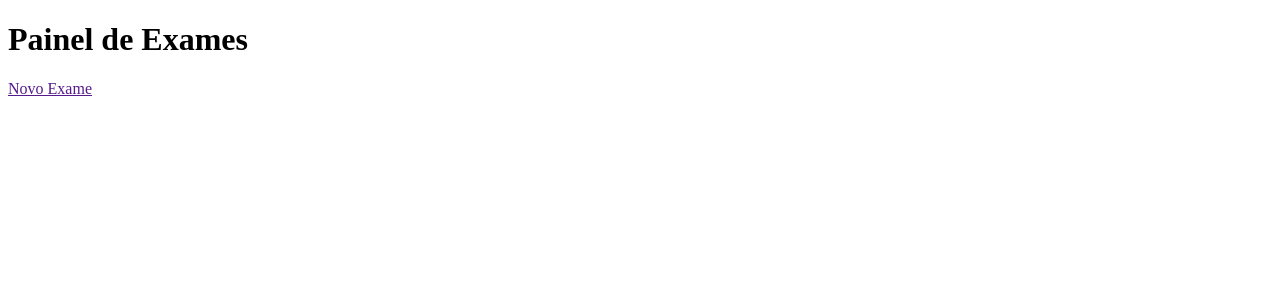
Repository: consultorgomes/exameSocTest
Page: http://localhost/exames/exames.jsp
These files come from the project's save history. The page is drawn as it stood at one moment and after the next save; the edit follows.
The browser window is 1280 px wide. The pictures show the whole page.
The page is served by Tomcat 9.

Above is the page before, as saved 2021-09-09 04:35:29.

After the next save:
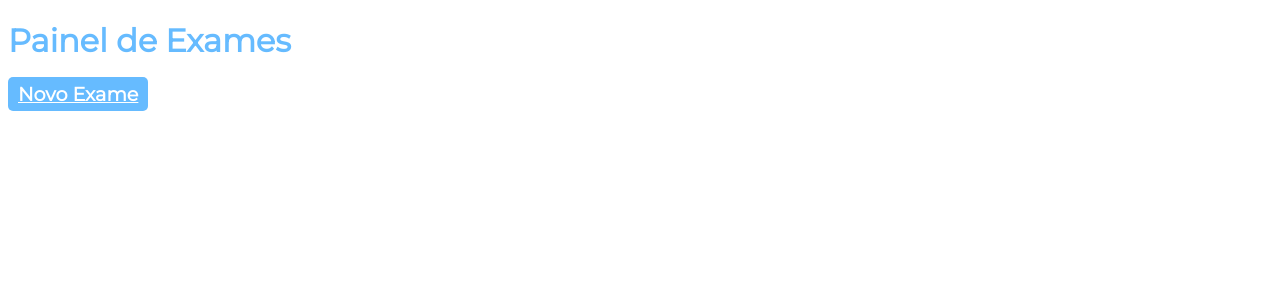
Saved 2 min 20 s later.
--- a/exames/src/main/webapp/exames.jsp
+++ b/exames/src/main/webapp/exames.jsp
@@ -5,9 +5,11 @@
 <head>
 <meta charset="utf-8">
 <title>Painel de Exames</title>
+<link rel="icon" href="imagens/favicon.png">
+<link rel="stylesheet" href="style.css">
 </head>
 <body>
 	<h1>Painel de Exames</h1>
-	<a href="">Novo Exame</a>
+	<a href="" class="Botao1">Novo Exame</a>
 </body>
 </html>
